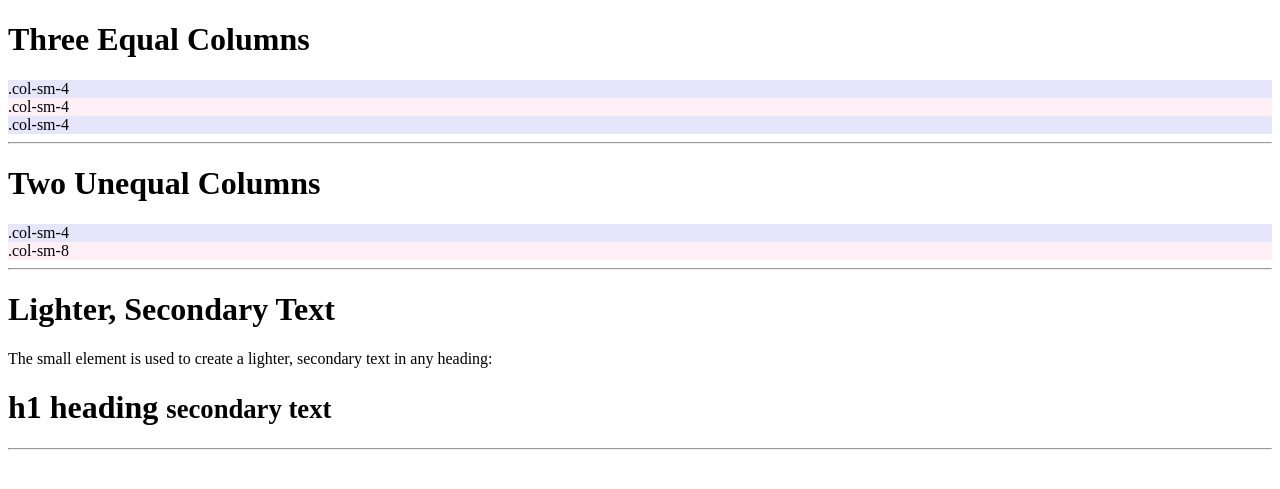
Repository: Sonalitanika/Assigment_IT17048842
Page: Lab09/WebContent/index.html
The author's editor kept a copy of each file at every save. The page is drawn from the files as they stood at one save, then again after the next save.
The browser window is 1280 px wide. The pictures show the whole page.

Above is the page before, as saved 2019-05-25 14:03:40.

### Lab09/WebContent/index.html
<!DOCTYPE html>
<html>
<head>
<meta charset="utf-8">
<title>Insert title here</title>
</head>
<body>
<h1>Three Equal Columns </h1>
 <div class="row">
 <div class="col-sm-4" style="background-color:lavender;">.col-sm-4</div>
 <div class="col-sm-4" style="background-color:lavenderblush;">.col-sm-4</div>
 <div class="col-sm-4" style="background-color:lavender;">.col-sm-4</div>
 </div>
<hr>

 <h1>Two Unequal Columns </h1>
 <div class="row">
 <div class="col-sm-4" style="background-color:lavender;">.col-sm-4</div>
 <div class="col-sm-8" style="background-color:lavenderblush;">.col-sm-8</div>
 </div>
 <hr>
 <div class="row">
<h1>Lighter, Secondary Text</h1>
 <p>The small element is used to create a lighter,
secondary text in any heading:</p>
 <h1>h1 heading <small>secondary
text</small></h1> </div> <hr>
</body>
</html>

After the next save:
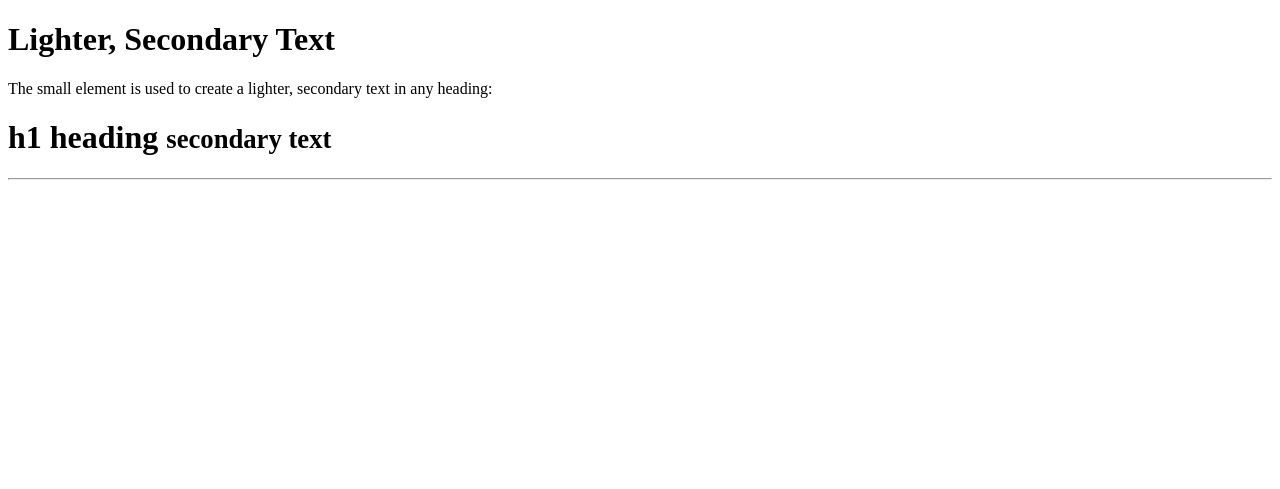
Saved 22 s later.
--- a/Lab09/WebContent/index.html
+++ b/Lab09/WebContent/index.html
@@ -5,20 +5,7 @@
 <title>Insert title here</title>
 </head>
 <body>
-<h1>Three Equal Columns </h1>
- <div class="row">
- <div class="col-sm-4" style="background-color:lavender;">.col-sm-4</div>
- <div class="col-sm-4" style="background-color:lavenderblush;">.col-sm-4</div>
- <div class="col-sm-4" style="background-color:lavender;">.col-sm-4</div>
- </div>
-<hr>
 
- <h1>Two Unequal Columns </h1>
- <div class="row">
- <div class="col-sm-4" style="background-color:lavender;">.col-sm-4</div>
- <div class="col-sm-8" style="background-color:lavenderblush;">.col-sm-8</div>
- </div>
- <hr>
  <div class="row">
 <h1>Lighter, Secondary Text</h1>
  <p>The small element is used to create a lighter,
